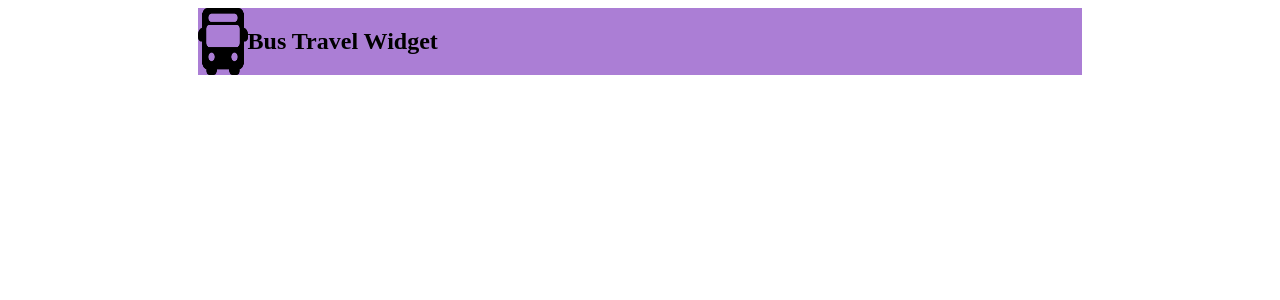
Repository: lasity34/bus_travel
Page: index.html
The author's editor kept a copy of each file at every save. The page is drawn from the files as they stood at one save, then again after the next save.
The browser window is 1280 px wide. The pictures show the whole page.

Above is the page before, as saved 2023-05-31 09:40:45.

After the next save:
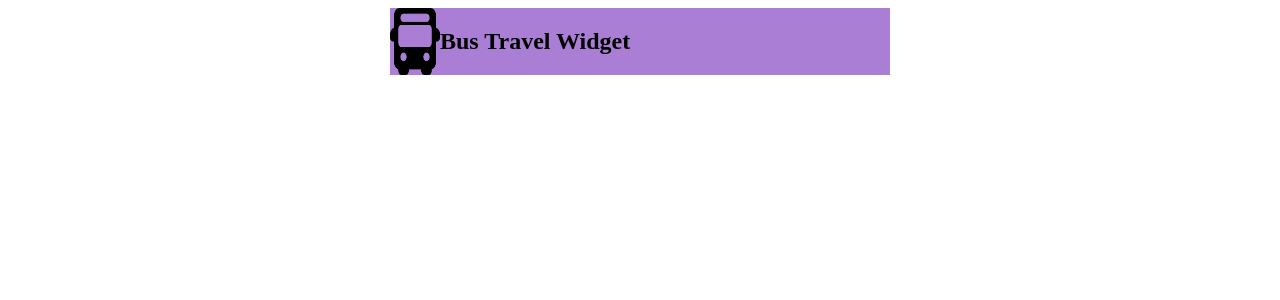
Saved 10 s later.
--- a/style.css
+++ b/style.css
@@ -4,6 +4,7 @@
    margin: 0 auto;
     background-color: rgb(171, 126, 213);
     width: 70%;
+    max-width: 500px;
 }
 
 header {
